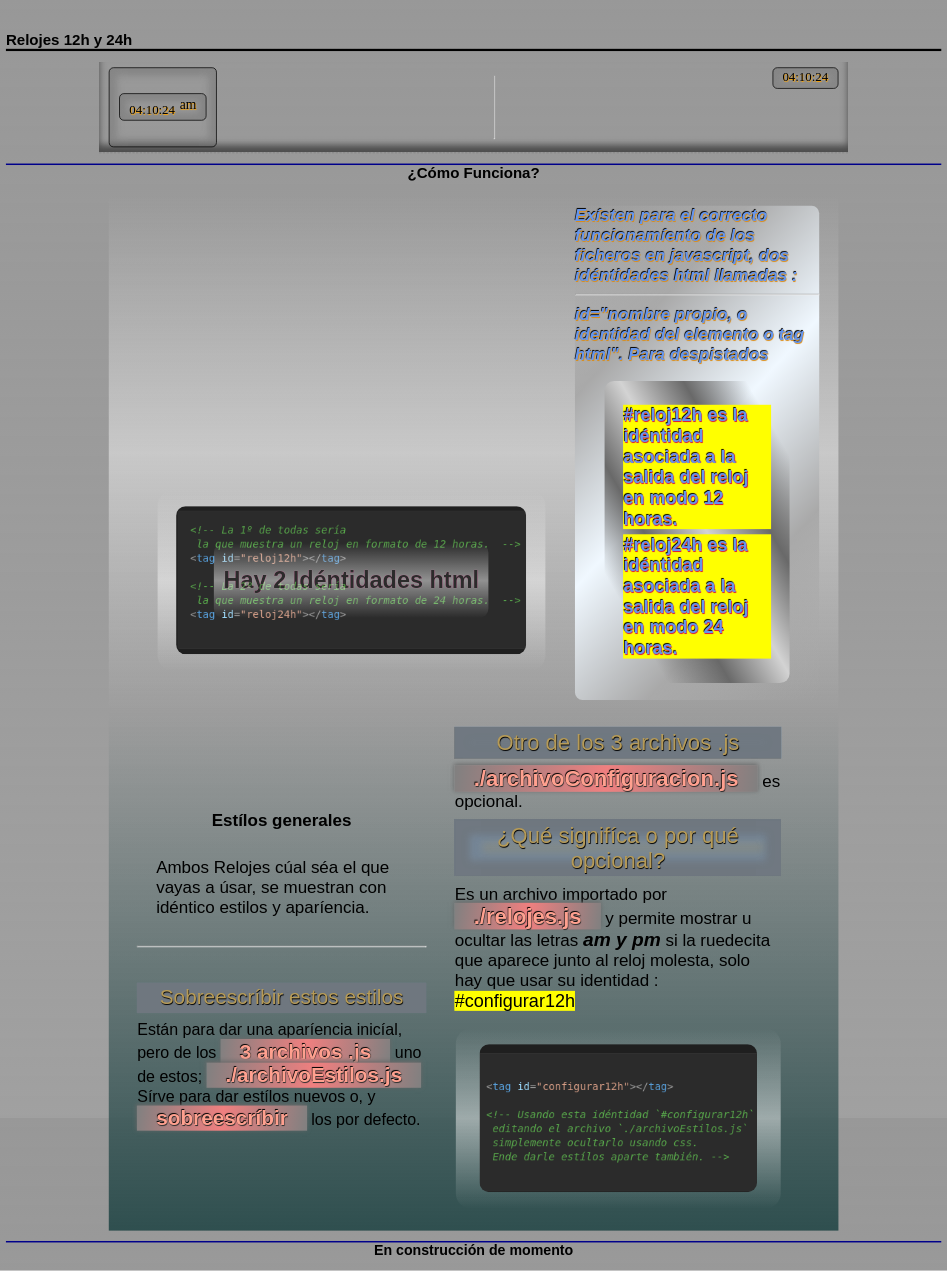
Repository: marcostonfor/clocks
Page: index.html
These files come from the project's save history. The page is drawn as it stood at one moment and after the next save; the edit follows.
The browser window is 1280 px wide. The pictures show the whole page, at 74% of full size.
Some web fonts or font styles are not loaded; a fallback is used.

Above is the page before, as saved 2024-09-19 04:36:41.

### index.html
<!DOCTYPE html>
<html lang="ca-ES, en-US">

<head>
    <meta charset="utf-8">
    <meta name="viewport" content="width=device-width, initial-scale=1">
    <title>relojes</title>
    <style>
        @import url('https://fonts.cdnfonts.com/css/nahista');
        @import url('https://fonts.cdnfonts.com/css/i-ichimaru');
        * {
            box-sizing: border-box;
            font-size: calc(1em * 1.062);
        }

        :root {
           --font-size-standard: calc(1em * 1.30);
        }

        body {
            background-image: repeating-linear-gradient(0deg, hsla(0, 0%, 41%, 0.63) 12%, hsla(0, 0%, 0%, 0.404));
            /* font-family: 'i Ichimaru', sans-serif; */
            font-family: 'Nahista', sans-serif;
        }

        h1 {
            margin-top: 6vh;
            border-bottom: 0.3vw solid black;
        }

        #dosRelojes {
            width: 80%;
            height: auto;
            margin: 2vh auto;
            padding: 1vh 1vw;
            display: flex;
            border-bottom: 0.1vw dashed gray;
            /* box-shadow: inset -0.2vh 0 06px hsl(41, 100%, 50%); */
            box-shadow: inset 0 -10px 10px rgba(0, 0, 0, 0.5);
        }

        summary::marker {
            content: none !important;
        }

        summary {
            cursor: pointer !important;
            color: orangered;
            text-decoration: underline;
            margin: 0.5vh auto;
            font-size: 12pt;
        }

        #caja12h {
            display: flex;
            align-items: center;
            justify-content: stretch;
        }

        .dividerY {
            height: 12vh !important;

        }

        #reloj12h, #reloj24h {
            height: fit-content !important;
        }



        #configurar12h {
            display: none !important;
        }

        h2 {
            text-align: center;
            margin-top: 2vh;
            border-top: 0.2vw solid darkblue;
        }

        #identidades_principales {
            display: flex;
            justify-content: space-around;
            align-items: last baseline;
            padding: 2vh 2vw;
            width: 78%;
            margin: auto auto;
            background-image: repeating-linear-gradient(0deg, transparent, hsla(0, 0%, 96%, 0.5), transparent);
            border-radius: 0.755vw;
        }

        .conFoto figure {
            position: relative;
            display: flex;
            align-items: center;
            justify-content: center;
            background-image: repeating-linear-gradient(0deg, transparent, hsla(0, 0%, 96%, 0.5), transparent);
            padding: 3vh 2vw;
            border-radius: 1.6vw;
        }

        .conFoto figure img {
            border-radius: 1vw;
        }

        .conFoto figure figcaption {
            padding: 0vh 1vw;
            position: absolute;
            border-radius: 1vw;
            text-shadow: 0 0 1px hotpink;
            font-size: var(--font-size-standard);
            background-image: repeating-linear-gradient(0deg, transparent, hsla(0, 0%, 96%, 0.5), transparent);
            mix-blend-mode: screen;
        }

        .conFoto p {
            width: 85%;
            margin: 2vh auto;
        }

        .conTexto {
            width: fit-content;
            height: auto;
            color: cornflowerblue;
            font-weight: bold;
            text-shadow: 0.1vh 0.1vw 1px rgb(220, 140, 20), -0.1vh -0.1vw 1px hsl(0, 0%, 0%);
            background-image: repeating-linear-gradient(132deg, transparent, darkgray, aliceblue, darkgray, transparent);
            border-radius: 0.8vw;
        }

        .conTexto blockquote {
            padding: 2vw;
            border-radius: 1vw;
            background-image: linear-gradient(-120deg, transparent 12%, dimgray, lightgray, dimgray, transparent, transparent);
        }

        .conTexto blockquote mark {
            text-shadow: 0.1vh 0.1vw 1px rgb(220, 20, 60), -0.1vh -0.1vw 1px black;
            color: cornflowerblue !important;
            display: block;
            margin: 1vh auto;
        }

        #estilos_generales {
            width: 78%;
            margin: auto auto;
            padding: 1vh 3vw;
            display: flex;
            justify-content: space-around;
            align-items: center;
            background-image: repeating-linear-gradient(0deg, darkslategray, transparent);

        }

        #estilos_generales article h3 {
            text-align: center;
            width: fit-content;
            margin: 3vh auto;
        }

        #textoGeneral {
            padding: 2vh 2vw;
            width: fit-content;
            /* border: 0.2vw solid black; */
            overflow: hidden;
        }

        .hache3 {
            display: block !important;
            text-align: center;
            margin: 1.5vh auto;
            padding: 0.6vh 0vw;
            font-family: 'Nahista', sans-serif;
            font-weight: lighter;
            font-size: var(--font-size-standard);
            color: hsl(43, 39%, 53%);
            text-shadow: 0.1vh 0.1vw 1px black;
            box-shadow: inset 0 0 10px 21px hsla(0, 0%, 41%, 0.5), inset 1vh 0vw 10px 31px hsl(210, 14%, 53%);
        }

        .code_md {
            font-weight: bolder;
            font-size: var(--font-size-standard);
            background-image: repeating-linear-gradient(98deg, gray, hsl(0, 79%, 72%), gray);
            padding: 0.2vh 2vw;
            color: hsl(9, 100%, 78%);
            text-shadow: 0.1vh 0.1vw 1px hsl(0, 0%, 18%), -0.1vh -0.1vw 1px hsl(0, 0%, 0%);
            box-shadow: 0 -1.6px 6px dimgray;
            margin: 1vh auto !important;
        }
    </style>
</head>

<body>
    <header>
        <h1>Relojes 12h y 24h</h1>
        <aside id="dosRelojes">
            <div id="caja12h">
                <div id="reloj12h"></div>
            </div>
            <hr class="dividerY">
            <div id="reloj24h"></div>
        </aside>
        <nav></nav>
    </header>
    <main>
        <h2>¿Cómo Funciona?</h2>
        <section id="identidades_principales">
            <article class="conFoto">
                <figure>
                    <img src="./img/identidadesPrincipales.png" alt="foto de las id principales">
                    <figcaption>
                        <h3>Hay 2 Idéntidades html</h3>
                    </figcaption>
                </figure>
            </article>
            <article class="conTexto">
                <cite>Exísten para el correcto funcionamíento de los ficheros en javascript, dos idéntidades html
                    llamadas :</cite>
                <hr /><cite>id="nombre propio, o identidad del elemento o tag html". Para despistados</cite>
                <blockquote>
                    <mark>#reloj12h es la idéntidad asociada a la salida del reloj en modo 12 horas.</mark>

                    <mark>#reloj24h es la idéntidad asociada a la salida del reloj en modo 24 horas.</mark>
                </blockquote>
            </article>
        </section>
        <section id="estilos_generales">
            <article>
                <h3>Estílos generales</h3>
                <p id="textoGeneral">
                    Ambos Relojes cúal séa el que vayas a úsar, se muestran con idéntico estilos y aparíencia. <br>
                    <hr><br><strong class="hache3">Sobreescríbir estos estilos</strong>
                    Están para dar una aparíencia inicíal, <br> pero de los <span class="code_md">3 archivos .js</span>
                    uno de estos;

                    <span class="code_md">./archivoEstilos.js</span> Sírve para dar estílos nuevos o, y <span
                        class="code_md">sobreescríbir</span> los por defecto.
                </p>
            </article>
            <article class="conFoto">
                <p><strong class="hache3">Otro de los 3 archivos .js</strong>

                    <span class="code_md">./archivoConfiguracion.js</span> es opcional.

                    <strong class="hache3">¿Qué signifíca o por qué opcional?</strong>
                    Es un archivo importado por <span class="code_md">./relojes.js</span> y permite mostrar u ocultar las letras <em><strong>am y pm</strong></em>
                    si la ruedecita que aparece junto al reloj molesta, solo hay que usar su identidad : <mark>#configurar12h</mark>
                </p>
                <figure>
                    <img src="./img/fotoDetails12h.png" alt="foto de las id principales">
                    <figcaption>
                        <!-- <h3>Hay 2 Idéntidades html</h3> -->
                    </figcaption>
                </figure>

            </article>
        </section>
    </main>
    <h2>En construcción de momento</h2>
    <script type="module" src="./relojes.js"></script>
</body>

</html>

<!--<p>Este es un texto con un <span style="font-size: 125%;">texto 25% más grande</span> que el resto.</p>
-->

### relojes.js

import { estilosPersonales } from './archivoEstilos.js';
import { conf12h } from './archivoConfiguracion.js';
function laHora() {
	const Reloj = class {
		constructor(formato, salida) {
			this.ahora = new Date();
			this.reloj = {
				hora: this.ahora.getHours(),
				minuto: this.ahora.getMinutes(),
				segundo: this.ahora.getSeconds()
			};
			this._formato = formato;
			this._salida = salida;
		}

		get formato() {
			return this._formato;
		}

		get salida() {
			return this._salida;
		}

		set formato(horaActual) {
			this._formato = horaActual;
		}

		set salida(output) {
			this._salida = output;
		}

		anyadirCero(formatear) {
			return formatear <= 9 ? "0" + formatear : formatear;
		}

		_12h() {
			let horas = this.reloj.hora % 12;
			if (horas === 0) horas = 12;
			const amOpm = this.reloj.hora >= 12 ? "pm" : "am";
			this._formato = `${this.anyadirCero(horas)}:${this.anyadirCero(this.reloj.minuto)}:${this.anyadirCero(this.reloj.segundo)}<sup>${amOpm}</sup>`;
			return this._formato;
		}

		_24h() {
			this._formato = `${this.anyadirCero(this.reloj.hora)}:${this.anyadirCero(this.reloj.minuto)}:${this.anyadirCero(this.reloj.segundo)}`;
			return this._formato;
		}
	};

	const laSalida = () => {
		const salida = document.getElementById("reloj12h");
		const salida24h = document.getElementById("reloj24h");
		const doceHoras = new Reloj();
	//	salida.innerHTML = doceHoras._12h();
	//	salida24h.innerHTML = doceHoras._24h();

 // Verifica si existe el elemento #reloj12h
 if (salida) {
	salida.innerHTML = doceHoras._12h();
	conf12h(); // Llamada a la función conf12h() si el elemento existe
}

// Verifica si existe el elemento #reloj24h
if (salida24h) {
	salida24h.innerHTML = doceHoras._24h();
}


	function estiloscss(estilosPersonales) {

		const estils = document.createElement('STYLE');
		estils.textContent = `
* {
    box-sizing: border-box;
}

div {
    text-align: center;
    width: fit-content;
    border: 0.1vw solid black;
    font-size: 13pt;
    padding: 0.5vh 1vw;
    box-shadow: inset 0 0 10px 10px hsla(0, 0%, 41%, 0.397);
    font-family: 'Comic Sans MS';
    color: black;
    text-shadow: 0.1vh 0.1vw 1px orange;
    border-radius: 0.5vw;
}


sup {
    margin-left: 0.5vw !important;
}
	`;
		if (estilosPersonales) {
			estils.textContent += estilosPersonales;
		}


		document.head.appendChild(estils);
}

	// Llamada a la función con estilos adicionales
	estiloscss(estilosPersonales);


	};

// estiloscss();
return setInterval(laSalida, 1000);
}
laHora();

### archivoEstilos.js
export const estilosPersonales = `

    `;

### archivoConfiguracion.js
export function conf12h() {
    const config = document.createElement('DETAILS');
    config.setAttribute('id', 'configurar12h');
    const summary = document.createElement('SUMMARY');
    summary.innerHTML = `&#9881;`;
    config.appendChild(summary);

    // Verificar si el checkbox ya existe
    if (!document.getElementById('miCheckbox')) {
        const checkbox = document.createElement('input');
        checkbox.type = 'checkbox';
        checkbox.id = 'miCheckbox';
        checkbox.checked = true; // Mostrar <sup> por defecto

        const label = document.createElement('label');
        label.htmlFor = 'miCheckbox'; // Asegúrate de que coincida con el id del checkbox
        label.textContent = 'Ver "am" "pm"';

        // Crear un elemento <style> para manejar la visibilidad de <sup>
        let estils = document.getElementById('dynamicStyles');
        if (!estils) {
            estils = document.createElement('style');
            estils.id = 'dynamicStyles';
            document.head.appendChild(estils);
        }

        // Función para actualizar el estilo de <sup>
        const updateSupVisibility = () => {
            if (checkbox.checked) {
                estils.textContent = `
                    sup {
                        display: inline !important;
                    }
                `;
            } else {
                estils.textContent = `
                    sup {
                        display: none !important;
                    }
                `;
            }
        };

        // Inicializar el estilo de <sup>
        updateSupVisibility();

        // Agregar un evento al checkbox para alternar la visibilidad de <sup>
        checkbox.addEventListener('change', updateSupVisibility);

        const mostrarConfiguracion = document.getElementById('caja12h');
        // Agregar el checkbox y el label al cuerpo del documento
        label.appendChild(checkbox);
        config.appendChild(label);
        mostrarConfiguracion.appendChild(config);
    }
}

After the next save:
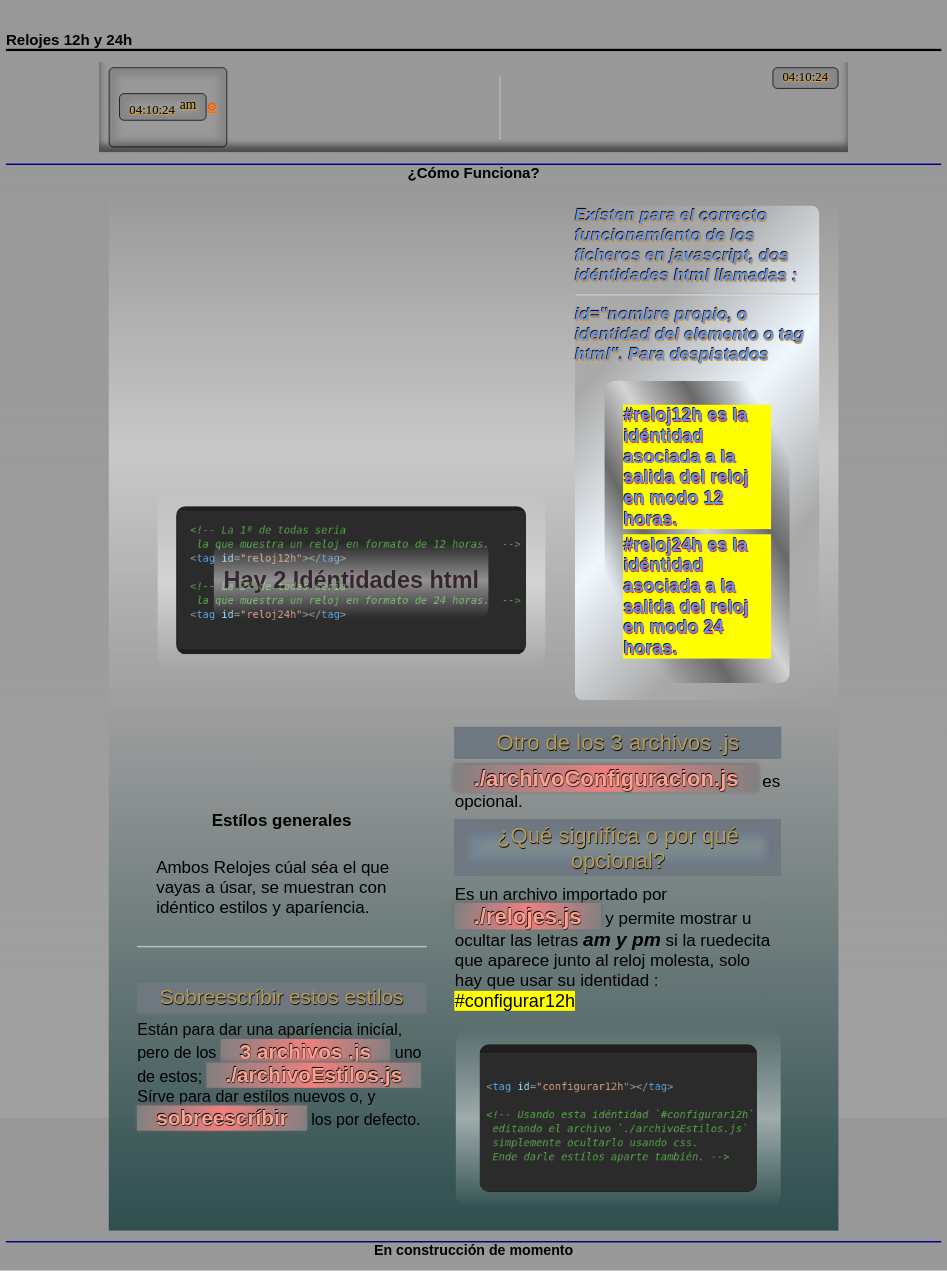
Saved 5 s later.
--- a/index.html
+++ b/index.html
@@ -66,7 +66,7 @@
             height: fit-content !important;
         }
 
-
+        #
 
         #configurar12h {
             display: none !important;

After the 3 saves that followed:
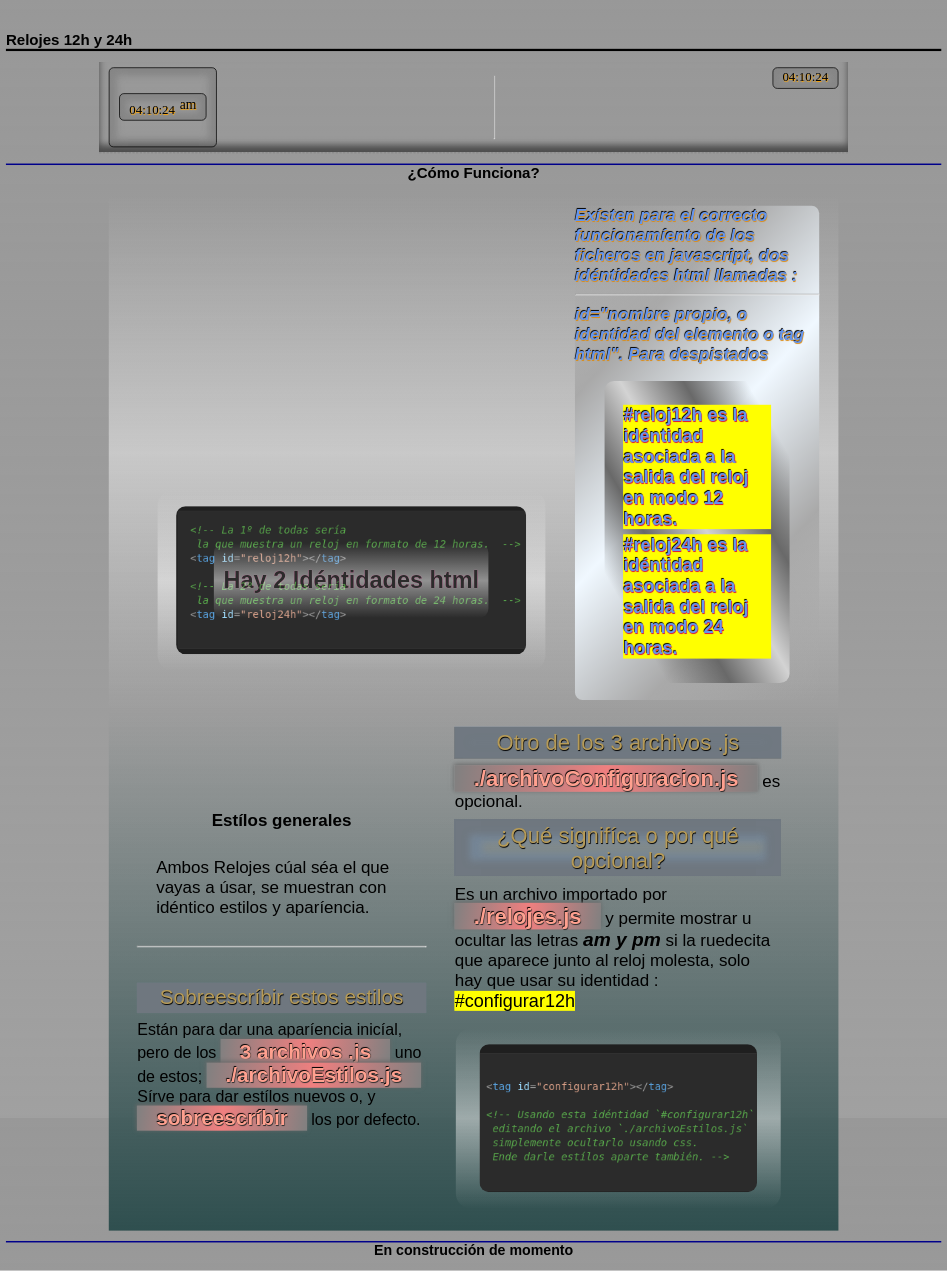
The 3 saves are shown as one change because they came seconds apart.
The last was saved 7 s later.
--- a/index.html
+++ b/index.html
@@ -66,7 +66,9 @@
             height: fit-content !important;
         }
 
-        #
+        #reloj12h {
+
+        }
 
         #configurar12h {
             display: none !important;
